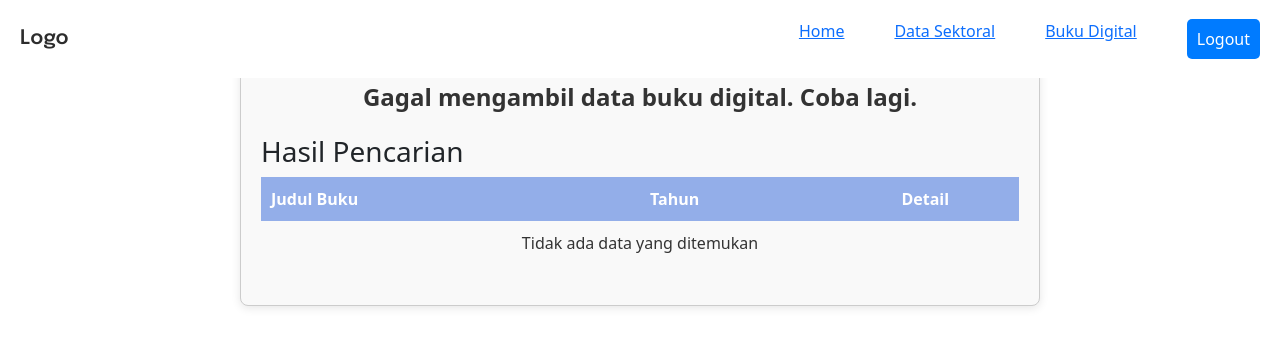
Repository: nida463/Website-PKL
Page: /buku-digital
These files come from the project's save history. The page is drawn as it stood at one moment and after the next save; the edit follows.
The browser window is 1280 px wide. The pictures show the whole page.
The page's requests for data from a server got no answer. The project was rebuilt for these pictures with package versions that can differ from the ones it lists, and the page was loaded fresh each time. No one was signed in, and anything a server would have sent is missing. Also part of the build but not shown: src/Components/auth/Login.js, src/Components/organisms/Navbar.js, src/Components/atoms/Lable.js, src/Components/molecules/header/BrandingSection.js, src/Components/molecules/header/BodyTextH.js, src/Components/atoms/Button.js, src/Components/molecules/header/ButonContact.js, src/Components/atoms/Image.js and 24 more.

Above is the page before, as saved 2024-10-11 14:16:39.

### src/App.js
import React from "react";
import { BrowserRouter as Router, Route, Routes, useNavigate } from "react-router-dom";
import Login from "./Components/auth/Login";
import MainConten from "./Components/template/mainconten";
import Sektoral from "./Components/Page.js/Sektoral";
import BukuDigital from "./Components/Page.js/BukuDigital";
import Error404 from "./Components/Page.js/Error404";
import { login } from "./Components/auth/LoginService";
import NavbarMenu from "./Components/molecules/navbar/NavbarMenu";

function App() {
    return (
        <Router>
            <Routes>
                {/* Route untuk halaman login tanpa Navbar */}
                <Route path="/login" element={<LoginWrapper />} />

                {/* Route untuk halaman dengan Navbar */}
                <Route element={<LayoutWithNavbar />}>
                    <Route path="/" element={<MainConten />} />
                    <Route path="/sektoral" element={<Sektoral />} />
                    <Route path="/buku-digital" element={<BukuDigital />} />
                </Route>

                {/* Route untuk halaman yang tidak ditemukan (404 error) */}
                <Route path="*" element={<Error404 />} /> {/* Menampilkan halaman 404 */}
            </Routes>
        </Router>
    );
}

// Layout untuk halaman dengan Navbar
function LayoutWithNavbar() {
    return (
        <>
            <NavbarMenu />
            <Routes>
                <Route path="/" element={<MainConten />} />
                <Route path="/sektoral" element={<Sektoral />} />
                <Route path="/buku-digital" element={<BukuDigital />} />
            </Routes>
        </>
    );
}

// Fungsi pembungkus untuk login
function LoginWrapper() {
    const navigate = useNavigate();

    const handleLogin = async (nip, password) => {
        try {
            await login(nip, password);
            alert('Login berhasil!');
            navigate('/'); // Mengarahkan ke halaman utama setelah login
        } catch (error) {
            console.error('Login gagal:', error);
            alert('Login gagal: NIP atau password salah.');
        }
    };

    return <Login onLogin={handleLogin} />;
}

export default App;

### src/Components/Page.js/BukuDigital.js
// src/Components/auth/BukuDigital.js
import React, { useState, useEffect } from "react";
import axios from "axios";
import "../../styles/Bukudigital.css";

const BukuDigital = () => {
  const [bukuDigital, setBukuDigital] = useState([]);
  const [loading, setLoading] = useState(true);
  const [error, setError] = useState(null);

  useEffect(() => {
    const fetchData = async () => {
      setLoading(true);
      try {
        const response = await axios.get("http://116.206.212.234:4000/buku-digital");
        if (response.data) {
          setBukuDigital(response.data);
        } else {
          setError("Data tidak ditemukan.");
        }
      } catch (error) {
        console.error("Error fetching data:", error);
        setError("Gagal mengambil data buku digital. Coba lagi.");
      } finally {
        setLoading(false);
      }
    };
    fetchData();
  }, []);

  // Fungsi untuk membuka PDF di tab baru
  const openPDF = (filePath) => {
    const fullUrl = `http://116.206.212.234:4000${filePath.replace("handler/http", "")}`;
    window.open(fullUrl, "_blank");
  };

  return (
    <div className="sektoral-container">
      <div className="sektoral-box">
        <h2 className="sektoral-title">Daftar Buku Digital</h2>
        {error && <p className="error-message">{error}</p>}

        {loading ? (
          <p>Loading...</p>
        ) : (
          <div className="result-table table-striped">
            <h3>Hasil Pencarian</h3>
            <table>
              <thead>
                <tr>
                  <th>Judul Buku</th>
                  <th>Tahun</th>
                  <th>Detail</th>
                </tr>
              </thead>
              <tbody>
                {bukuDigital.length > 0 ? (
                  bukuDigital.map((buku) => (
                    <tr key={buku.id_buku_digital}>
                      <td>{buku.buku}</td>
                      <td>{buku.tahun}</td>
                      <td>
                        <button
                          className="detail-button"
                          onClick={() => openPDF(buku.file)} // Menambahkan fungsi openPDF di sini
                        >
                          Detail
                        </button>
                      </td>
                    </tr>
                  ))
                ) : (
                  <tr>
                    <td colSpan="3">Tidak ada data yang ditemukan</td>
                  </tr>
                )}
              </tbody>
            </table>
          </div>
        )}
      </div>
    </div>
  );
};

export default BukuDigital;

### src/Components/auth/LoginService.js
// src/services/loginService.js
import axios from 'axios';

// Fungsi login untuk memanggil API
export const login = async (nip, password) => {
    try {
        const response = await axios.post('http://116.206.212.234:4000/auth/login', {
            nip: nip,
            password: password
        });

        // Jika API mengembalikan token, simpan di localStorage
        if (response.data.token) {
            localStorage.setItem('token', response.data.token);
            return response.data;
        } else {
            throw new Error('NIP atau password salah');
        }
    } catch (error) {
        throw new Error('Terjadi kesalahan saat login');
    }
};

### src/Components/molecules/navbar/NavbarMenu.js
// src/components/molecules/navbar/NavbarMenu.js
import React from "react";
import { Link } from "react-router-dom"; // Mengimpor Link dari react-router-dom
import NavbarItem from "../../atoms/navbar/NavbarItem";

const NavbarMenu = () => {
  return (
    <nav className="navbar">
      <div className="navbar-logo">
        <NavbarItem label="Logo" /> {/* Jika Anda ingin logo ditampilkan */}
      </div>
      <ul className="navbar-menu">
        <li>
          <Link to="/">
            <NavbarItem label="Home" className="navbar-item" />
          </Link>
        </li>
        <li>
          <Link to="/sektoral">
            <NavbarItem label="Data Sektoral" className="navbar-item" />
          </Link>
        </li>
        <li>
          <Link to="/buku-digital">
            <NavbarItem label="Buku Digital" className="navbar-item" />
          </Link>
        </li>
        <li>
          <button
            className="logout-button"
            onClick={() => {
              localStorage.removeItem("token"); // Hapus token saat logout
              window.location.href = "/"; // Arahkan ke halaman login setelah logout
            }}
          >
            Logout
          </button>
        </li>
      </ul>
    </nav>
  );
};

export default NavbarMenu;

### src/styles/Login.css
/* styles/login.css */
.login-container {
    width: 100%;
    max-width: 400px;
    margin: auto;
    padding: 20px;
    border: 1px solid #ccc;
    border-radius: 8px;
    box-shadow: 0 2px 10px rgba(0, 0, 0, 0.1);
    background-color: #f9f9f9;
}

h2 {
    text-align: center;
    margin-bottom: 20px;
    color: #333;
    font-size: 18px; /* Ukuran font judul */
}

.login-form {
    display: flex;
    flex-direction: column;
}

.form-group {
    margin-bottom: 15px;
}

label {
    margin-bottom: 5px;
    font-weight: bold;
    color: #555;
}

.login-input {
    padding: 12px; /* Menambah padding agar input lebih nyaman */
    border: 1px solid #ccc;
    border-radius: 4px;
    font-size: 14px;
    transition: border-color 0.3s ease;
    width: 100%; /* Memastikan input menggunakan lebar penuh */
}

.login-input:focus {
    border-color: #007BFF;
    outline: none;
}

.error-message {
    color: red;
    text-align: center;
    margin-top: 10px;
}

.login-button {
    padding: 10px;
    border: none;
    border-radius: 4px;
    background-color: #007BFF;
    color: white;
    font-size: 16px;
    cursor: pointer;
    transition: background-color 0.3s ease;
}

.login-button:hover {
    background-color: #0056b3;
}

### src/styles/Sektoral.css
.sektoral-container {
    width: 100%;
    max-width: 800px;
    margin: auto;
    padding: 20px;
    border: 1px solid #ccc;
    border-radius: 8px;
    box-shadow: 0 2px 10px rgba(0, 0, 0, 0.1);
    background-color: #f9f9f9;
}

.sektoral-title {
    text-align: center;
    margin-bottom: 20px;
    color: #333;
}

.search-form {
    margin-bottom: 20px;
}

.search-inputs {
    display: flex;
    justify-content: flex-start;
    gap: 10px;
    flex-wrap: wrap;
}

.search-input {
    padding: 8px;
    border: 1px solid #ccc;
    border-radius: 4px;
    font-size: 14px;
    flex: 1 1 150px; /* Ukuran minimum untuk input */
    min-width: 120px; /* Lebar minimum */
}

.search-button {
    padding: 8px;
    border: none;
    border-radius: 4px;
    background-color: #007BFF;
    color: white;
    font-size: 14px;
    cursor: pointer;
    flex: 0 0 100px; /* Lebar tombol pencarian */
    transition: background-color 0.3s ease, transform 0.2s ease;
}

.search-button:hover {
    background-color: #0056b3;
    transform: scale(1.05); /* Efek zoom saat hover */
}

.sektoral-results {
    margin-top: 20px;
    margin-bottom: 20px;
}

.sektoral-table {
    width: 100%;
    border-collapse: collapse;
}

.sektoral-table th,
.sektoral-table td {
    border: 1px solid #ccc;
    padding: 8px;
    text-align: left;
}

.column-number {
    width: 25px !important; /* Lebar kolom nomor */
    text-align: center; /* Menyelaraskan teks di tengah */
}

.column-uraian {
    width: 45% !important; /* Lebar kolom untuk uraian */
}

.column-kategori {
    width: 30% !important; /* Lebar kolom untuk kategori */
}

/* CSS untuk Pagination */
.pagination {
    margin-top: 20px;
    display: flex;
    justify-content: space-between;
    align-items: center;
}

.page-info {
    margin: 0 auto;
    font-size: 16px;
}

.pagination-button {
    background-color: #66b3ff; /* Biru muda */
    border: none;
    padding: 8px 12px;
    cursor: pointer;
    color: white;
    border-radius: 4px;
    transition: background-color 0.3s ease, transform 0.2s ease;
}

.pagination-button:disabled {
    background-color: #ddd;
    cursor: not-allowed;
}

.pagination-button:hover:not(:disabled) {
    background-color: #0056b3; /* Biru lebih tua saat hover */
    transform: scale(1.05); /* Efek zoom saat hover */
}

/* Tambahan untuk memberikan jarak antara judul dan tabel */
.sektoral-results {
    margin-top: 40px; /* Menambah jarak di atas tabel */
}

### src/styles/Bukudigital.css
/* styles/bukudigital.css */

.sektoral-container {
    width: 100%;
    max-width: 800px;
    margin: auto;
    padding: 20px;
    border: 1px solid #ccc;
    border-radius: 8px;
    box-shadow: 0 2px 10px rgba(0, 0, 0, 0.1);
    background-color: #f9f9f9;
}

.sektoral-title {
    text-align: center;
    margin-bottom: 20px;
    color: #333;
}

.result-table {
    margin-top: 20px;
}

table {
    width: 100%;
    border-collapse: collapse;
    margin-bottom: 20px;
}

th, td {
    border: 1px solid #ccc;
    padding: 10px;
    text-align: left;
    vertical-align: middle;
}

th {
    background-color: #93aee9; /* Warna header lebih menonjol */
    color: white;
    font-weight: bold;
    text-align: center;
}

td {
    background-color: #f9f9f9; /* Warna kolom data */
    color: #333;
}

tr:nth-child(even) td {
    background-color: #f1f1f1; /* Baris genap dengan warna lebih terang */
}

tr:hover td {
    background-color: #e0f7fa; /* Efek hover pada setiap baris */
}

th:first-child, td:first-child {
    width: 50%; /* Lebar kolom Judul Buku lebih besar */
}

th:last-child, td:last-child {
    text-align: center;
}

.detail-button {
    padding: 8px 12px;
    border: none;
    border-radius: 4px;
    background-color: #007BFF;
    color: white;
    font-size: 14px;
    cursor: pointer;
    transition: background-color 0.3s ease;
}

.detail-button:hover {
    background-color: #0056b3;
}

.pdf-preview {
    margin-top: 20px;
}

.error-message {
    color: red;
    font-weight: bold;
}

### src/styles/Error404.css
/* src/styles/Error404.css */
.error-container {
    text-align: center;
    padding: 50px;
}

.error-title {
    font-size: 100px;
    font-weight: bold;
    color: #e70101; /* Warna merah/oranye terang */
}

.error-message {
    font-size: 24px;
    color: #333;
    margin-bottom: 20px;
}

.error-link {
    display: inline-block;
    padding: 10px 20px;
    background-color: #e70101; /* Warna merah/oranye terang */
    color: white;
    text-decoration: none;
    border-radius: 5px;
}

.error-link:hover {
    background-color: #e5533d; /* Warna hover sedikit lebih gelap */
}

### src/Components/atoms/navbar/NavbarItem.js
// src/components/atoms/navbar/NavbarItem.js
import React from 'react';

const NavbarItem = ({ label, href }) => {
  return (
    <div>
      <a href={href}>{label}</a>
    </div>
  );
};

export default NavbarItem;

### src/styles/Navbar.css
:root {
  --navbar-color: #FFFFFF;
  --logo-font-family: "Epilogue", sans-serif;
  --logo-font-size: 20px;
  --logo-font-weight: 600;
  --logo-line-height: 30px;
  --menu-font-family: "Epilogue", sans-serif;
  --menu-font-size: 17px;
  --menu-font-weight: 400;
  --menu-line-height: 27px;
}

.navbar {
  display: flex;
  width: 100%;
  height: 78px;
  justify-content: space-between;
  align-items: center;
  background-color: var(--navbar-color);
  position: fixed !important;
  top: 0;
  left: 0;
  right: 0;
  z-index: 999;
  box-shadow: 0 2px 10px rgba(255, 254, 254, 0.1);
}

/* Styling untuk brand dan menu */
.navbar-brand {
  display: flex;
  align-items: center;
  text-decoration: none;
  list-style: none;
}

.navbar-brand a {
  font-family: var(--logo-font-family);
  font-size: var(--logo-font-size);
  font-weight: var(--logo-font-weight);
  line-height: var(--logo-line-height);
  color: #2D2D2D;
  text-decoration: none;
  margin-left: 10px;
  padding: 42px 24px;
}

.navbar-menu {
  list-style: none;
  display: flex;
  margin: 0; /* Hapus margin agar tidak ada jarak */
  padding: 0; /* Hapus padding */
  gap: 30px;
}

.navbar-menu li {
  margin-left: 20px;
}

.navbar-item {
  text-decoration: none;
  color: #333;
  font-family: var(--menu-font-family);
  font-size: var(--menu-font-size);
  font-weight: var(--menu-font-weight);
  line-height: var(--menu-line-height);
  text-align: left;
  padding: 10px 15px; /* Tambahkan padding untuk area klik yang lebih besar */
  transition: color 0.3s ease; /* Animasi transisi warna */
}

/* Tambahkan efek hover */
.navbar-item:hover {
  color: #007BFF; /* Ubah warna saat hover */
}

/* Kelas untuk item aktif */
.navbar-item.active {
  font-weight: bold; /* Membuat teks lebih tebal saat aktif */
}

/* Untuk menghapus garis bawah pada item menu */
.navbar-item:not(.active) {
  border-bottom: none; /* Pastikan tidak ada garis bawah untuk item yang tidak aktif */
}

.navbar-menu li:last-child {
  margin-right: 20px;
}

.navbar-logo {
  width: 49px;
  height: 30px;
  font-family: var(--logo-font-family);
  font-size: var(--logo-font-size);
  font-weight: var(--logo-font-weight);
  line-height: var(--logo-line-height);
  color: #2D2D2D;
  display: flex;
  align-items: center;
  margin-left: 20px;
}

/* Styling untuk tombol logout */
.logout-button {
  background-color: #007BFF; /* Warna biru */
  color: white; /* Teks berwarna putih */
  border: none; /* Tanpa border */
  border-radius: 5px; /* Sudut yang lebih halus */
  padding: 5px 10px; /* Padding untuk tombol */
  cursor: pointer; /* Menunjukkan bahwa ini adalah tombol */
  transition: background-color 0.3s ease; /* Transisi warna saat hover */
  height: 40px; /* Set tinggi tombol agar sejajar dengan menu */
  align-self: center; /* Menjaga tombol sejajar dengan item menu */
}

.logout-button:hover {
  background-color: darkblue; /* Warna saat hover */
}

### src/styles/Header.css
:root {
  --layout-width: auto;
  --layout-padding: 42px 68px;
  --layout-gap: 68px;
  --layout-opacity: 1;
}

.layout {
  display: flex;
  width: var(--layout-width);
  padding: var(--layout-padding);
  gap: var(--layout-gap);
  justify-content: space-between;
  background-color: #ffffff;
  align-items: center;
  margin-top: 5rem;
}


.text-section {
  flex: 2;
}


.image-section {
  flex: 2;
  display: flex;
  align-items: center;
  justify-content: center;
}


.image-section img {
  width: 500px;
  height: 380px;
  ;
}



.brand {
  font-family: "Epilogue", sans-serif;
  font-size: 20px;
  font-weight: 600;
  line-height: 30px;
  text-align: left;
  margin-bottom: 10px;
}


.visual{
  font-family: "Epilogue", sans-serif;
  font-size: 68px;
  font-weight: 600;
  line-height: 69.7px;
  text-align: left;
  margin-bottom: 20px;
}


.description {
  font-family: "Epilogue", sans-serif;
  font-size: 17px;
  font-weight: 400;
  line-height: 27px;
  text-align: left;
}


.button-link {
  font-family: "Epilogue", sans-serif;
  font-size: 20px;
  font-weight: 600;
  line-height: 30px;
  text-align: center;
  margin-top: 20px;
  background-color: #2d2d2d;
  width: 211px;
  height: 78px;
  padding: 24px 64px;
  display: flex;
  align-items: center;
  justify-content: center;
  opacity: 1;
  cursor: pointer;
  color: #ffffff;
  text-decoration: none;
}


.button-link:hover {
  background-color: #007bff;
}

Loaded but not shown: public/index.html (common file); src/index.js (common file); src/index.css (common file); src/reportWebVitals.js (common file)

After the next save:
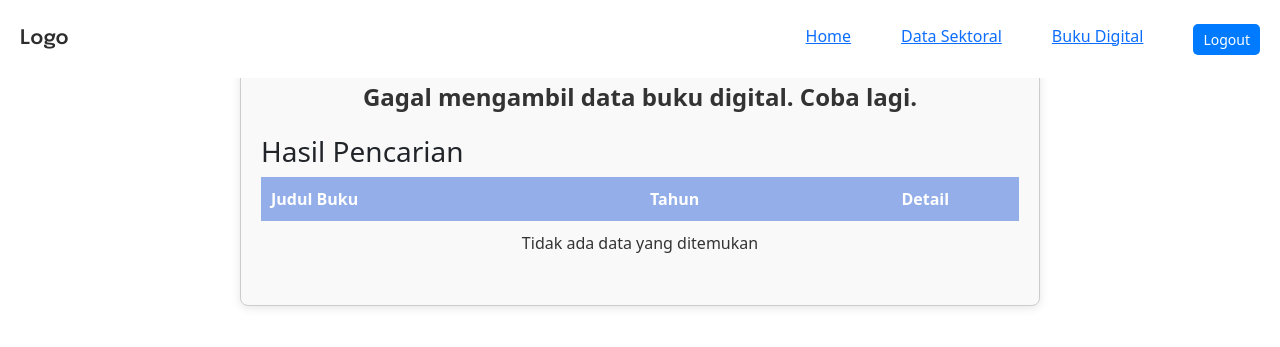
Saved 58 s later.
--- a/src/styles/Navbar.css
+++ b/src/styles/Navbar.css
@@ -106,10 +106,11 @@
   color: white; /* Teks berwarna putih */
   border: none; /* Tanpa border */
   border-radius: 5px; /* Sudut yang lebih halus */
-  padding: 5px 10px; /* Padding untuk tombol */
+  padding: 5px 10px; /* Padding lebih kecil untuk mengurangi ukuran tombol */
+  font-size: 14px; /* Ukuran font lebih kecil */
   cursor: pointer; /* Menunjukkan bahwa ini adalah tombol */
   transition: background-color 0.3s ease; /* Transisi warna saat hover */
-  height: 40px; /* Set tinggi tombol agar sejajar dengan menu */
+  height: auto; /* Otomatis menyesuaikan tinggi berdasarkan padding */
   align-self: center; /* Menjaga tombol sejajar dengan item menu */
 }
 
